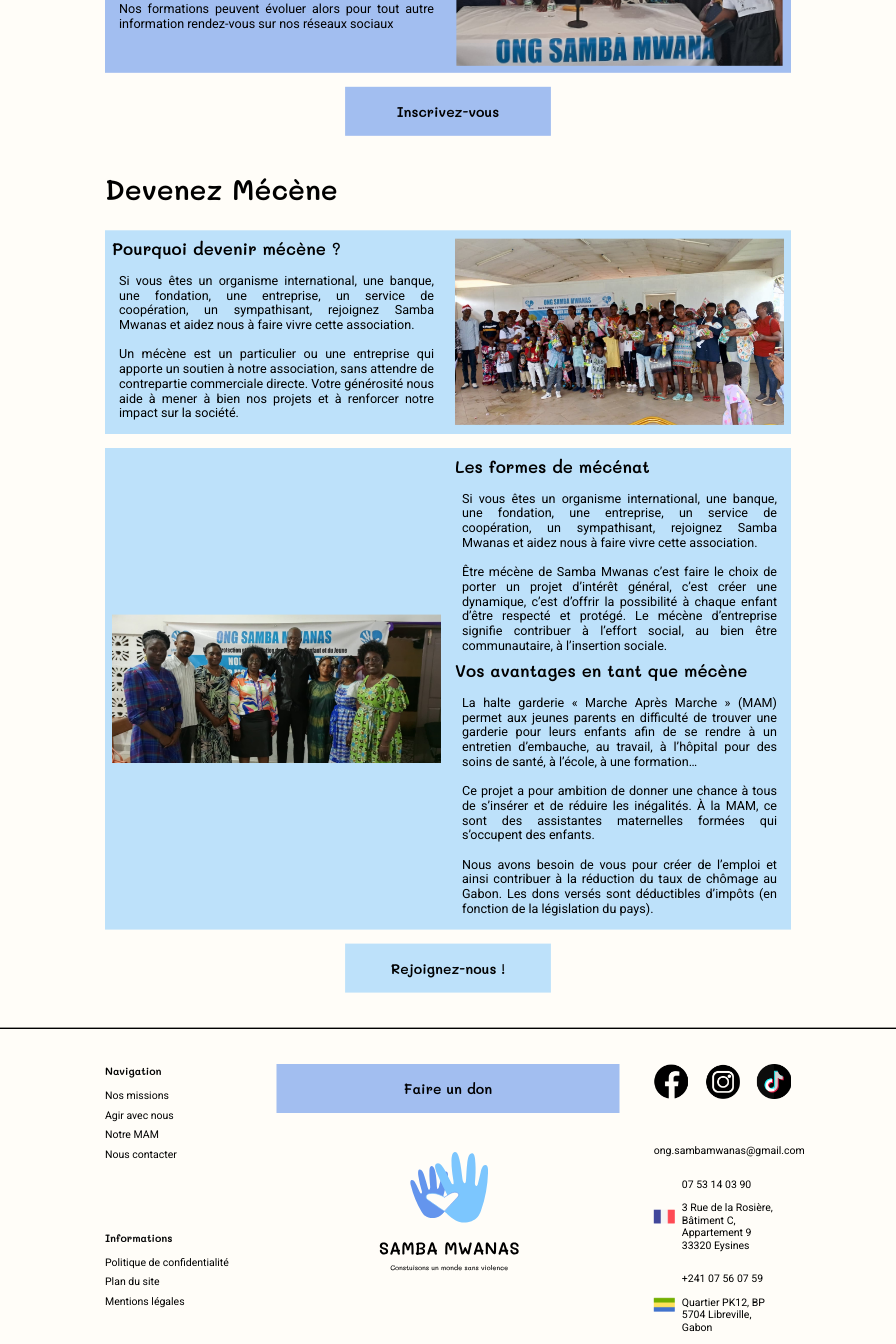
Repository: Danie-lDasilva/Samba-Mwanas
Page: Agir avec nous.html
An editor plug-in stored every save of this project. The page is shown before and after a run of saves, followed by the edit.
The browser window is 1280 px wide. The pictures show the part of the page from y = 2040 to 3960 px (the page is 3960 px tall before and 3668 px after), at 70% of full size.

Above is the page before, as saved 2025-03-07 10:29:15.

### Agir avec nous.html
<!DOCTYPE html>
<html lang="fr">
<head>
    <meta charset="UTF-8">
    <meta name="viewport" content="width=device-width, initial-scale=1.0">
    <title>Agir avec nous</title>
    <link rel="preconnect" href="https://fonts.googleapis.com">
    <link rel="preconnect" href="https://fonts.gstatic.com" crossorigin>
    <link href="https://fonts.googleapis.com/css2?family=Mali:wght@600&family=Roboto:ital,wdth@0,75;1,75&display=swap" rel="stylesheet">

    <link rel="stylesheet" href="assets/css/Agir avec nous.css">
    <link rel="stylesheet" href="assets/css/style.css">
</head>
<body>
    <header>
        <nav>
            <ul>
                <li>
                    <a href="Nos missions.html">Nos missions</a>
                </li>
                <li>
                    <a href="Agir avec nous.html">Agir avec nous</a>
                </li>
                <li class="Logo">
                    <a href="index.html">
                        <img src="assets/img/Fichier 2.png" alt="Logo Samba Mwanas, retour à l'accueil">
                    </a>
                </li>
                <li>
                    <a href="Notre MAM.html">Notre MAM</a>
                </li>
                <li>
                    <a href="Nous contacter.html">Nous contacter</a>
                </li>
            </ul>
        </nav>
    </header>

    <main>
        <h1>
            Agir avec nous
        </h1>

        <section class="BoutonsForm">
            <div>
                <a href="#Benevole" class="Color1">Devenez bénévole</a>
            </div>

            <div>
                <a href="#Formation" class="Color2">Suivez notre formation</a>
            </div>

            <div>
                <a href="#Mécène" class="Color1">Devenez mécène</a>
            </div>
        </section>

        <div class="Bannière">
            <img src="assets/img/Mix photos.jpg" alt="">
        </div>

        <section>
            <h2 id="Benevole">
                Devenez bénévole
            </h2>

            <div class="Bloc">
                <div>
                    <h3>
                        Pourquoi devenir bénévole à Samba Mwanas?
                    </h3>
                    <p>
                        Avez-vous envie d’ aider les victimes de violences ? Vous vous sentez prêt à défendre une cause noble ? En tant qu’ancienne victime, vous ne voulez pas que d’autres enfants subissent des violences? Vous aimez les enfants et vous souhaitez les protéger ? <br>
                        Vous avez plusieurs raisons de rejoindre les bénévoles de Samba Mwanas. Vous êtes utiles et nous avons besoin de vous.
                    </p>
                </div>
                <div class="End">
                    <img src="assets/img/Equipe.jpg" alt="Photo de l'équipe de Samba Mwanas">
                </div>
            </div>

            <div class="Bloc">
                <div>
                    <img src="assets/img/Leçon Enfantss.jpg" alt="Photo d'enfants">
                </div>
                <div>
                    <h3>
                        Les missions bénévoles
                    </h3>
                    <p>
                        Selon vos disponibilités, devenez l’un des nôtres. Nous agissons dans la sensibilisation afin de prévenir sur les différentes formes de violences. Nous formons afin d’apporter des outils de lutte contre les violences. Nous organisons des séances d’écoute afin de libérer la parole et de déclencher un processus de guérison. <br>
                        <br>
                        Parmi toutes ces missions, il y en a forcément une qui vous correspond. À distance ou en local, vous êtes utile. <br>
                        Rejoignez notre communauté de bénévoles !!!!
                    </p>
                </div>
            </div>

            <div class="Rejoindre">
                <a href="">Rejoignez-nous !</a>
            </div>
        </section>

        <section>
            <h2 id="Formation">
                Suivez notre formation
            </h2>

            <div class="Bloc2">
                <div>
                    <h3>
                        Pourquoi suivre notre formation ?
                    </h3>
                    <p>
                        Samba Mwanas propose différentes formations afin d’améliorer l’expertise de ses bénévoles et ainsi assurer un suivi régulier . <br>
                        <br>
                        Ces formations permettent à nos bénévoles d’apprendre à écouter les gens qui ont vécu des choses difficiles à entendre mais qui ont besoin d’en parler. <br>
                        <br>
                        Nos formations peuvent évoluer alors pour tout autre information rendez-vous sur nos réseaux sociaux
                    </p>
                </div>
                <div class="End">
                    <img src="assets/img/Eglise.jpg" alt="Photo de l'équipe de Samba Mwanas à une formation à l'église">
                </div>
            </div>

            <div class="Inscrire">
                <a href="">Inscrivez-vous</a>
            </div>
        </section>

        <section>
            <h2 id="Mécène">
                Devenez Mécène
            </h2>

            <div class="Bloc3">
                <div>
                    <h3>
                        Pourquoi devenir mécène ?
                    </h3>
                    <p>
                        Si vous êtes un organisme international, une banque, une fondation, une entreprise, un service de coopération, un sympathisant, rejoignez Samba Mwanas et aidez nous à faire vivre cette association. <br>
                        <br>
                        Un mécène est un particulier ou une entreprise qui apporte un soutien à notre association, sans attendre de contrepartie commerciale directe. Votre générosité nous aide à mener à bien nos projets et à renforcer notre impact sur la société.

                    </p>
                </div>
                <div>
                    <img src="assets/img/IMG-20241223-WA0017.jpg" alt="Photo de l'équipe de Samba Mwanas avec des cadeaux">
                </div>
            </div>

            <div class="Bloc3">
                <div>
                    <img src="assets/img/IMG-20241113-WA0009.jpg" alt="Photo de l'équipe de Samba Mwanas">
                </div>
                <div>
                    <h3>
                        Les formes de mécénat
                    </h3>
                    <p>
                        Si vous êtes un organisme international, une banque, une fondation, une entreprise, un service de coopération, un sympathisant, rejoignez Samba Mwanas et aidez nous à faire vivre cette association. <br>
                        <br>
                        Être mécène de Samba Mwanas c’est faire le choix de porter un projet d’intérêt général, c’est créer une dynamique, c’est d’offrir la possibilité à chaque enfant d’être respecté et protégé. Le mécène d’entreprise signifie contribuer à l’effort social, au bien être communautaire, à l’insertion sociale.

                    </p>
                    <h3>
                        Vos avantages en tant que mécène
                    </h3>

                    <p>
                        La halte garderie « Marche Après Marche » (MAM) permet aux jeunes parents en difficulté de trouver une garderie pour leurs enfants afin de se rendre à un entretien d’embauche, au travail, à l’hôpital pour des soins de santé, à l’école, à une formation… <br>
                        <br>
                        Ce projet a pour ambition de donner une chance à tous de s’insérer et de réduire les inégalités. À la MAM, ce sont des assistantes maternelles formées qui s’occupent des enfants. <br>
                        <br>
                        Nous avons besoin de vous pour créer de l’emploi et ainsi contribuer à la réduction du taux de chômage au Gabon. Les dons versés sont déductibles d’impôts (en fonction de la législation du pays).
                    </p>
                </div>
            </div>

            <div class="Rejoindre">
                <a href="">Rejoignez-nous !</a>
            </div>
        </section>

        <div id="Don" class="Don">
            <a href="https://www.helloasso.com/associations/association-samba-mwanas/formulaires/1">FAIRE UN DON</a>
        </div>
    </main>

    <footer>
        <div class="Footer">

        <div class="FooterInfos">
            <div class="Lien">
                <p class="titre">
                    Navigation
                </p>

                <nav class="InfoMarge">
                    <ul>
                        <li>
                            <a href="Nos missions.html">Nos missions</a>
                        </li>

                        <li>
                            <a href="Agir avec nous.html">Agir avec nous</a>
                        </li>

                        <li>
                            <a href="Notre MAM.html">Notre MAM</a>
                        </li>

                        <li>
                            <a href="Nous contacter.html">Nous contacter</a>
                        </li>
                    </ul>
                </nav>
            </div>

            <div class="Lien">
                <p class="titre">
                    Informations
                </p>

                <nav>
                    <ul>
                        <li>
                            <a href="Politique de confidentialité.html">Politique de confidentialité</a>
                        </li>

                        <li>
                            <a href="Plan du site.html">Plan du site</a>
                        </li>

                        <li>
                            <a href="Mentions légales.html">Mentions légales</a>
                        </li>
                    </ul>
                </nav>
            </div>
        </div>

        <div class="FooterCentre">
            <div class="FooterDon">
                <a href="https://www.helloasso.com/associations/association-samba-mwanas/formulaires/1" target="_blank">Faire un don</a>
            </div>

            <a href="index.html" class="FooterLogo" target="_blank">
                <img src="assets/img/LOGO_Logo principal.svg" alt="Logo Samba Mwanas, Retour à l'acceuil">
            </a>
        </div>

        <div class="FooterInfos">
            <nav class="FooterRéseaux">
                <ul>
                    <li>
                        <a href="https://www.facebook.com/Sambamwanas?locale=fr_FR" target="_blank">
                            <img src="assets/img/facebook.png" alt="Logo facebook, Lien vers le facebook de Samba Mwanas">
                        </a>
                    </li>

                    <li>
                        <a href="https://www.instagram.com/ongsambamwanas/" target="_blank">
                            <img src="assets/img/instagram.png" alt="Logo instagram, Lien vers la page instagram de Samba Mwanas">
                        </a>
                    </li>

                    <li>
                        <a href="https://www.tiktok.com/@ong.samba.mwanas" target="_blank">
                            <img src="assets/img/tik-tok.png" alt="Logo tiktok, Lien vers la page Tiktok de Samba Mwanas">
                        </a>
                    </li>
                </ul>
            </nav>

            <p>
                ong.sambamwanas@gmail.com
            </p>


            <div class="FooterContact">
                <div>
                    <img src="assets/img/france.png" alt="Drapeau de France" class="FooterDrapeau">
                </div>

                <div>
                    <p>
                        07 53 14 03 90
                    </p>

                    <p>
                        3 Rue de la Rosière, <br>
                        Bâtiment C, Appartement 9 <br>
                        33320 Eysines
                    </p>
                </div>
            </div>

            <div class="FooterContact">
                <div>
                    <img src="assets/img/gabon.png" alt="Drapeau du gabon" class="FooterDrapeau">
                </div>

                <div>
                    <p>
                        +241 07 56 07 59
                    </p>

                    <p>
                        Quartier PK12, BP 5704 Libreville, <br>
                        Gabon

                    </p>
                </div>
            </div>
        </div>

    </div>
    </footer>
</body>
</html>

### assets/css/Agir avec nous.css
h1 {
    font-family: "Mali", cursive;
    font-weight: 600;
    font-style: normal;
    font-size: 55px;
    text-align: center;
    margin-bottom: 50px;
    margin-top: 50px;
}

main {
    padding-left: 150px;
    padding-right: 150px;
}

main p {
    font-family: "Roboto", sans-serif;
    font-optical-sizing: auto;
    font-weight: 400;
    font-size: 20px;
    font-style: normal;
    font-variation-settings: "wdth" 75;
    text-align: justify;
}

.BoutonsForm {
    display: flex;
    justify-content: space-between;
    padding-left: 20px;
    padding-right: 20px;
}

.BoutonsForm div {
    width: 28%;
    height: 50px;
    margin-bottom: 40px;
}

.BoutonsForm a {
    width: 100%;
    height: 100%;
    display: flex;
    justify-content: center;
    align-items: center;
    font-family: "Mali", cursive;
    font-weight: 600;
    font-style: normal;
}

.BoutonsForm a:hover {
    background-color: #163d59;
    color: white;
    box-shadow: 0 5px 8px rgba(0, 0, 0, 0.4);
}

.Color1 {
    background-color: #BDE1FA;
}

.Color2 {
    background-color: #A2BEF0;
}

.Bannière img {
    width: 100%;
    height: auto;
    object-fit: cover;
}

.Bannière {
    margin-bottom: 100px;
}

h2 {
    font-family: "Mali", cursive;
    font-weight: 600;
    font-style: normal;
    font-size: 40px;
}

h3 {
    font-family: "Mali", cursive;
    font-weight: 600;
    font-style: normal;
    font-size: 22px;
}

.Bloc, .Bloc2, .Bloc3 {
    display: flex;
    justify-content: space-between;
    align-items: stretch;
    margin-bottom: 20px;
}

.Bloc div, .Bloc2 div, .Bloc3 div {
    flex: 0.8;
    margin: 10px;
    display: flex;
    flex-direction: column;
    justify-content: center;
}

.Bloc img, .Bloc2 img, .Bloc3 img {
    width: 100%;
    max-height: 350px;
    object-fit: contain;
}

.Bloc p, .Bloc2 p, .Bloc3 p {
    font-family: "Roboto", sans-serif;
    font-optical-sizing: auto;
    font-weight: 400;
    font-size: 18px;
    font-style: normal;
    font-variation-settings: "wdth" 75;
    text-align: justify;
    margin: 0;
    padding: 10px;
}

.Bloc h3, .Bloc2 h3, .Bloc3 h3 {
    font-family: "Mali", cursive;
    font-weight: 600;
    font-size: 24px;
    margin-bottom: 10px;
    margin-top: 0;
}

.Bloc, .Bloc3 {
    background-color: #BDE1FA;
}

.Bloc2 {
    background-color: #A2BEF0;
}

.End {
    display: flex;
    justify-content: flex-end;
    align-items: center;
}

.Rejoindre {
    display: flex;
    justify-content: center;
    align-items: center;
    height: 70px;
    width: 100%;
    margin-bottom: 50px;
}

.Rejoindre a {
    font-family: "Mali", cursive;
    font-weight: 600;
    font-style: normal;
    justify-content: center;
    display: flex;
    align-items: center;
    height: 100%;
    width: 30%;
    background-color: #BDE1FA;
}

.Rejoindre a:hover {
    background-color: #163d59;
    color: white;
    box-shadow: 0 5px 8px rgba(0, 0, 0, 0.4);
}

.Inscrire {
    display: flex;
    justify-content: center;
    align-items: center;
    height: 70px;
    width: 100%;
    margin-bottom: 50px;
}

.Inscrire a {
    font-family: "Mali", cursive;
    font-weight: 600;
    font-style: normal;
    justify-content: center;
    display: flex;
    align-items: center;
    height: 100%;
    width: 30%;
    background-color: #A2BEF0;
}

.Inscrire a:hover {
    background-color: #163d59;
    color: white;
    box-shadow: 0 5px 8px rgba(0, 0, 0, 0.4);
}

/* Responsive */
@media (max-width: 768px) {
    h1 {
        font-size: 40px;
        margin-bottom: 30px;
        margin-top: 30px;
    }

    main {
        padding-left: 20px;
        padding-right: 20px;
    }

    main p {
        font-size: 18px;
    }

    .BoutonsForm {
        flex-direction: column;
        align-items: center;
        padding-left: 0;
        padding-right: 0;
    }

    .BoutonsForm div {
        width: 100%;
        margin-bottom: 20px;
    }

    .BoutonsForm a {
        font-size: 16px;
    }

    .Bannière img {
        height: auto;
    }

    h2 {
        font-size: 30px;
    }

    h3 {
        font-size: 20px;
    }

    .Bloc, .Bloc2, .Bloc3 {
        flex-direction: column;
        align-items: center;
    }

    .Bloc div, .Bloc2 div, .Bloc3 div {
        width: 100%;
        margin: 10px 0;
    }

    .Bloc img, .Bloc2 img, .Bloc3 img {
        width: 100%;
        max-height: 400px;
        object-fit: cover;
    }

    .End {
        justify-content: center;
    }

    .Rejoindre a, .Inscrire a {
        width: 80%;
    }
}

Loaded but not shown: assets/css/style.css (782 lines, source omitted)

After the next 2 saves:
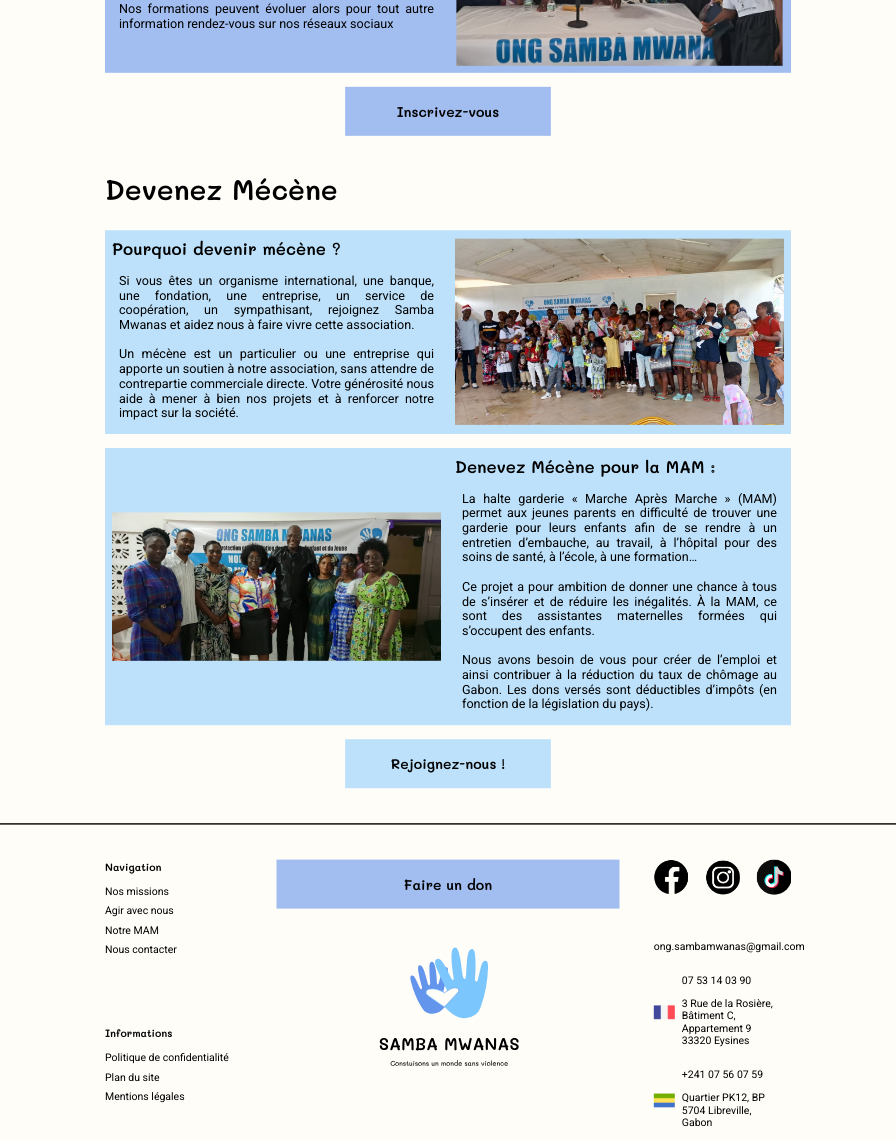
The 2 saves are shown as one change because they came seconds apart.
The last was saved 47 s later.
--- a/Agir avec nous.html
+++ b/Agir avec nous.html
@@ -157,16 +157,7 @@
                 </div>
                 <div>
                     <h3>
-                        Les formes de mécénat
-                    </h3>
-                    <p>
-                        Si vous êtes un organisme international, une banque, une fondation, une entreprise, un service de coopération, un sympathisant, rejoignez Samba Mwanas et aidez nous à faire vivre cette association. <br>
-                        <br>
-                        Être mécène de Samba Mwanas c’est faire le choix de porter un projet d’intérêt général, c’est créer une dynamique, c’est d’offrir la possibilité à chaque enfant d’être respecté et protégé. Le mécène d’entreprise signifie contribuer à l’effort social, au bien être communautaire, à l’insertion sociale.
-
-                    </p>
-                    <h3>
-                        Vos avantages en tant que mécène
+                        Denevez Mécène pour la MAM :
                     </h3>
 
                     <p>
